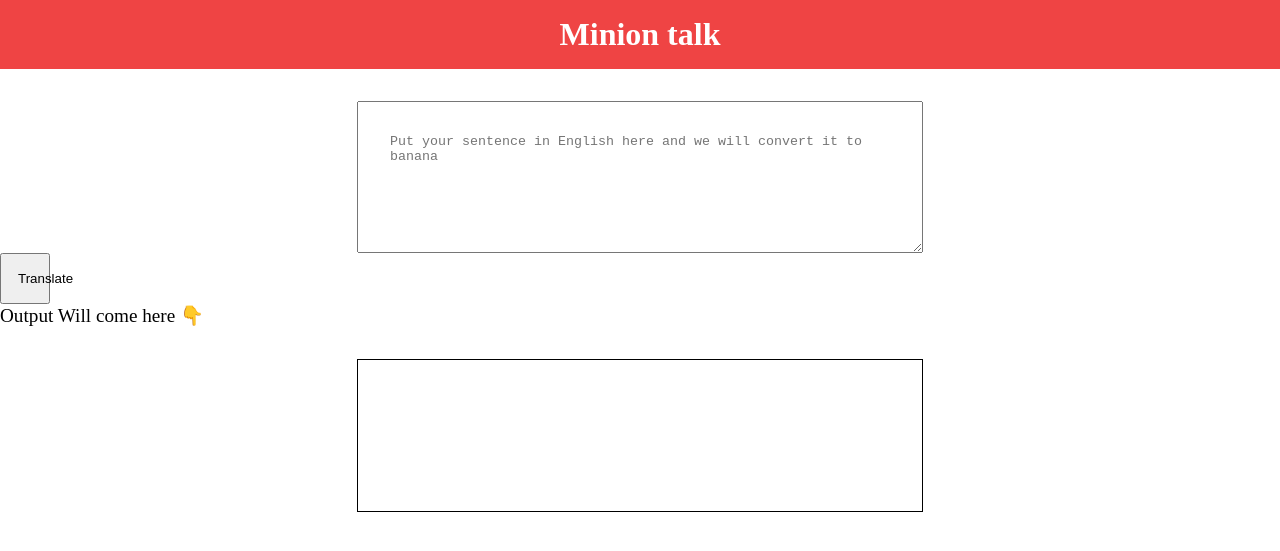
Repository: sohan2503001/Avator-speak
Page: index.html
The author's editor kept a copy of each file at every save. The page is drawn from the files as they stood at one save, then again after a run of saves.
The browser window is 1280 px wide. The pictures show the whole page.

Above is the page before, as saved 2021-04-21 03:43:11.

After the next 2 saves:
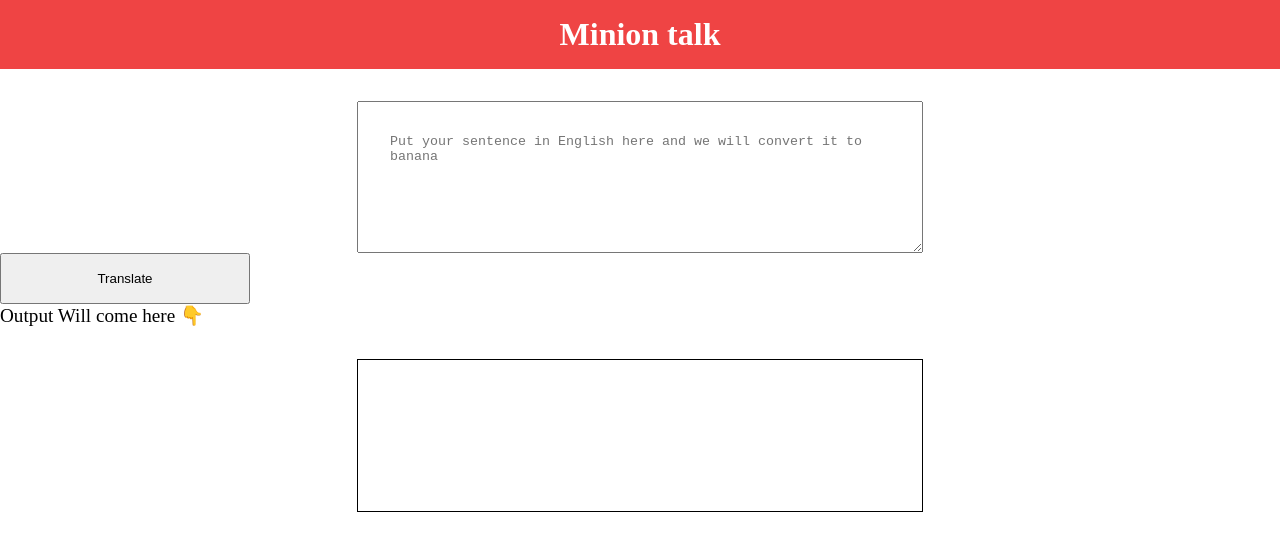
The 2 saves are shown as one change because they came seconds apart.
The last was saved 7 s later.
--- a/style.css
+++ b/style.css
@@ -29,7 +29,7 @@ textarea{
 
 #btn-translate{
     padding: 1rem;
-    width: 50px;
+    width: 250px;
 }
 
 #output{
